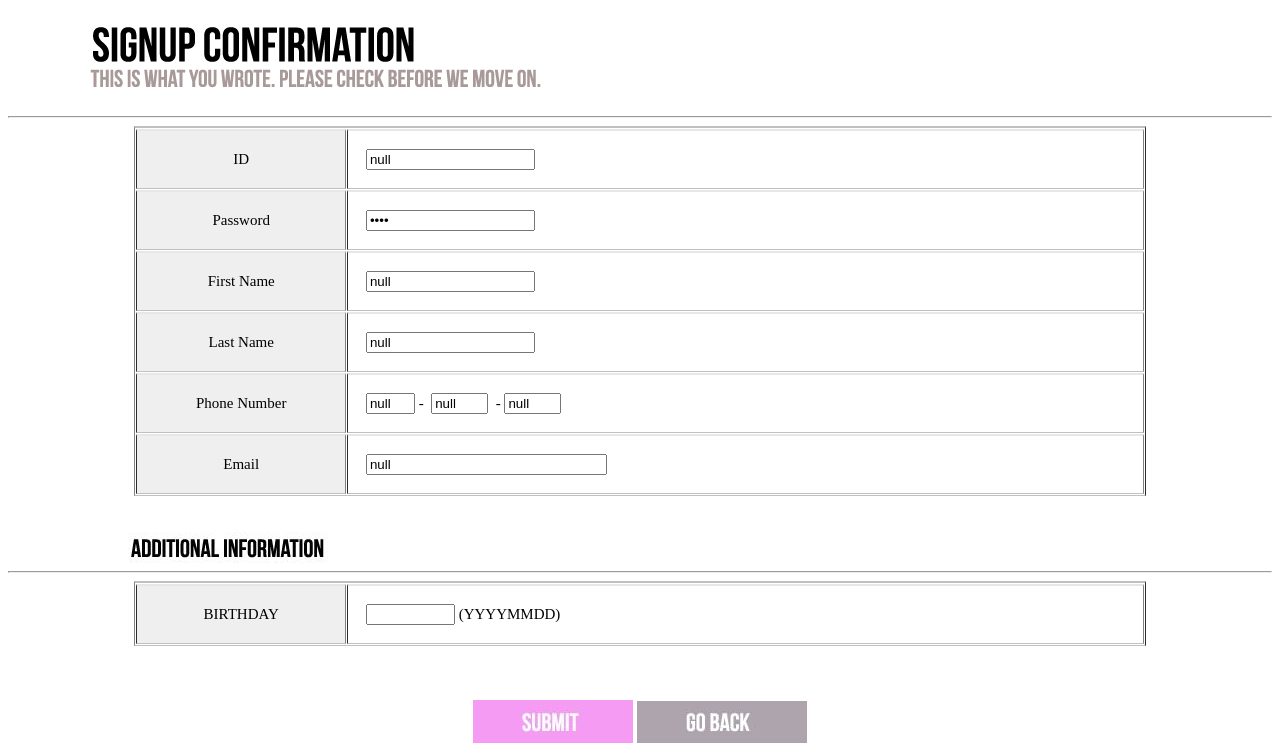
Repository: kminjoo/Making-website-using-JSP
Page: http://localhost/website_project/RegisterProc.jsp
These files come from the project's save history. The page is drawn as it stood at one moment and after the next save; the edit follows.
The browser window is 1280 px wide. The pictures show the whole page.
The page is served by Tomcat 9. Other server files are loaded and not shown.

Above is the page before, as saved 2015-07-21 14:38:44.

### website_project/WebContent/RegisterProc.jsp
<%@ page language="java" contentType="text/html; charset=EUC-KR"
    pageEncoding="EUC-KR"%>
<% request.setCharacterEncoding("UTF-8"); %>

<jsp:useBean id="regBean" class="signUp.RegisterBean"/>
<jsp:setProperty name="regBean" property="*"/>

<!DOCTYPE html PUBLIC "-//W3C//DTD HTML 4.01 Transitional//EN" "http://www.w3.org/TR/html4/loose.dtd">
<html>
<head>
<meta http-equiv="Content-Type" content="text/html; charset=EUC-KR">
<title>Welcome to Minjoo's Website!</title>
<link href="style.css" rel="stylesheet" type="text/css">
<script language="JavaScript" src="script.js"></script>
</head>
<body>
<div>&nbsp;&nbsp;&nbsp;&nbsp;&nbsp;&nbsp;&nbsp;&nbsp;&nbsp;&nbsp;

<img src="<%=request.getContextPath() %>/images/signupconfirm.gif">
</div>
<hr>
<table border="1" cellpadding="18" cellspacing="1" width="80%" align="center">
<form name="regForm" method="post" action="MemberInsert.jsp">
	<tr>
		<td width="13%" align="center" bgcolor="#EFEFEF">ID</td>
		<td width="60%"><input type="text" name="mem_id" size="18" value =
		"<jsp:getProperty name="regBean" property="mem_id"/>">&nbsp;&nbsp;&nbsp;</td>
	</tr>
	<tr>
		<td width="13%" align="center" bgcolor="#EFEFEF">Password</td>
		<td width="60%"><input type="password" name="mem_password" size="18"
		value ="<jsp:getProperty name="regBean" property="mem_password"/>">
	</tr>
	<tr>
		<td width="13%" align="center" bgcolor="#EFEFEF">First Name</td>
		<td width="60%"><input type="text" name="mem_firstname" size="18"
		value ="<jsp:getProperty name="regBean" property="mem_firstname"/>"></td>
	</tr>
	<tr>
		<td width="13%" align="center" bgcolor="#EFEFEF">Last Name</td>
		<td width="60%"><input type="text" name="mem_lastname" size="18"
		value ="<jsp:getProperty name="regBean" property="mem_lastname"/>"></td>
	</tr>
	<tr>
		<td width="13%" align="center" bgcolor="#EFEFEF">Phone Number</td>
		<td width="30%"><input type="text" name="mem_phone1" size="3" maxlength="3"
			onKeyUp="if(this.value.length==3)regForm.mem_phone2.focus()"
			value ="<jsp:getProperty name="regBean" property="mem_phone1"/>">&nbsp;-&nbsp;
		<input type="text" name="mem_phone2" size="4" maxlength="4"
		onKeyUp="if(this.value.length==3)regForm.mem_phone3.focus()"
		value ="<jsp:getProperty name="regBean" property="mem_phone2"/>">
		&nbsp;-&nbsp;<input type="text" name="mem_phone3" size="4" maxlength="4"
		value ="<jsp:getProperty name="regBean" property="mem_phone3"/>"></td>
	</tr>
	<tr>
    <td width="13%" align="center" bgcolor="#EFEFEF">Email</td>
    <td width="60%"><input type="text" name="mem_email" size="27"
    value ="<jsp:getProperty name="regBean" property="mem_email"/>">
  </tr>
</table>
<br><br>
<div>
&nbsp;&nbsp;&nbsp;&nbsp;&nbsp;&nbsp;&nbsp;&nbsp;&nbsp;&nbsp;&nbsp;
&nbsp;&nbsp;&nbsp;&nbsp;&nbsp;&nbsp;&nbsp;&nbsp;&nbsp;&nbsp;&nbsp;
&nbsp;&nbsp;&nbsp;&nbsp;&nbsp;
<img src="<%=request.getContextPath() %>/images/additional.JPG"/></div>
<hr>
<table border="1" cellpadding="18" cellspacing="1" width="80%" align="center">
<tr>
<%
String bday = regBean.getMem_birthday();
if(bday == null)
  bday = "";
%>
		<td width="13%" align="center" bgcolor="#EFEFEF">BIRTHDAY</td>
		<td width="60%"><input type="text" name="mem_birthday" size="8" maxlength="8"
		value =<%=bday %>>
		(YYYYMMDD)</td>
</tr>
</table>

<br>
<br>
&nbsp;&nbsp;&nbsp;&nbsp;&nbsp;&nbsp;&nbsp;&nbsp;&nbsp;&nbsp;&nbsp;
<div align="center">
	<a href="#" onclick="inputCheck2(); return false;">
	<img src="<%=request.getContextPath() %>/images/submit.JPG"/></a>
	<a href="#" onclick="history.back();">
	<img src="<%=request.getContextPath() %>/images/goback.JPG"/></a>

</div>
</form>

</body>
</html>

### website_project/src/signUp/RegisterBean.java
package signUp;

public class RegisterBean {
  private String mem_id;
  private String mem_password;
  private String mem_firstname;
  private String mem_lastname;
  private String mem_phone1;
  private String mem_phone2;
  private String mem_phone3;
  private String mem_email;
  private String mem_birthday;
  public String getMem_id() {
    return mem_id;
  }
  public void setMem_id(String mem_id) {
    this.mem_id = mem_id;
  }
  public String getMem_password() {
    return mem_password;
  }
  public void setMem_password(String mem_password) {
    this.mem_password = mem_password;
  }
  public String getMem_firstname() {
    return mem_firstname;
  }
  public void setMem_firstname(String mem_firstname) {
    this.mem_firstname = mem_firstname;
  }
  public String getMem_lastname() {
    return mem_lastname;
  }
  public void setMem_lastname(String mem_lastname) {
    this.mem_lastname = mem_lastname;
  }
  public String getMem_phone1() {
    return mem_phone1;
  }
  public void setMem_phone1(String mem_phone1) {
    this.mem_phone1 = mem_phone1;
  }
  public String getMem_phone2() {
    return mem_phone2;
  }
  public void setMem_phone2(String mem_phone2) {
    this.mem_phone2 = mem_phone2;
  }
  public String getMem_phone3() {
    return mem_phone3;
  }
  public void setMem_phone3(String mem_phone3) {
    this.mem_phone3 = mem_phone3;
  }
  public String getMem_email() {
    return mem_email;
  }
  public void setMem_email(String mem_email) {
    this.mem_email = mem_email;
  }
  public String getMem_birthday() {
    return mem_birthday;
  }
  public void setMem_birthday(String mem_birthday) {
    this.mem_birthday = mem_birthday;
  }

}

### website_project/WebContent/style.css
@CHARSET "EUC-KR";

hr {
    display: block;
    margin-top: 0.5em;
    margin-bottom: 0.5em;
    margin-left: auto;
    margin-right: auto;
    border-style: inset;
    border-width: 1px;
}

/*table {
    display: table;
    border-collapse: collpase;
    border-spacing: 0px;
    border-color: #EFEFEF;
}*/

img{vertical-align:middle;}

table{table-layout:fixed;border-top:2px solid #c0c0c0;border-bottom:1px solid #c0c0c0;}

td{border-top:2px solid #e7e7e7;color:black;line-height:140%;font-size:15px;}

### website_project/WebContent/script.js
/**
 *
 */


function loginCheck(){
	if(document.login.mem_id.value==""){
		alert("Enter your ID.");
		document.login.mem_id.focus();
		return;
	}
	if(document.login.mem_passwd.value==""){
		alert("Enter your password.");
		document.login.mem_passwd.focus();
		return;
	}
	document.login.submit();

}

function memberReg(){
	location.href ="Register.jsp";
}
function idCheck(id){
	if(id == ""){
	alert("Enter your ID.");
	document.regForm.mem_id.focus();
	}else{
		url="IdCheck.jsp?mem_id=" + id;
		window.open(url,"post","width=300,height=150");
	}
}

function inputCheck(){
	if(document.regForm.mem_id.value==""){
		alert("Enter your ID.");
		document.regForm.mem_id.focus();
		return;
	}
	if(document.regForm.mem_password.value==""){
		alert("Enter your Password.");
		document.regForm.mem_password.focus();
		return;
	}
	if(document.regForm.mem_repasswd.value==""){
		alert("Enter your Password.");
		document.regForm.mem_repasswd.focus();
		return;
	}

	if(document.regForm.mem_password.value != document.regForm.mem_repasswd.value){
		alert("Passwords do not match.");
		document.regForm.mem_passwd.focus();
		return;
	}

	if(document.regForm.mem_firstname.value==""){
		alert("Enter your first name.");
		document.regForm.mem_firstname.focus();
		return;
	}
	if(document.regForm.mem_lastname.value==""){
		alert("Enter your last name.");
		document.regForm.mem_lastname.focus();
		return;
	}
	if(document.regForm.mem_email.value==""){
		alert("Enter your email address.");
		document.regForm.mem_email.focus();
		return;
	}
	if(document.regForm.mem_phone1.value==""){
		alert("Enter your phone number.");
		document.regForm.mem_phone1.focus();
		return;
	}
	if(document.regForm.mem_phone2.value==""){
		alert("Enter your phone number.");
		document.regForm.mem_phone2.focus();
		return;
	}
	if(document.regForm.mem_phone3.value==""){
		alert("Enter your phone number.");
		document.regForm.mem_phone3.focus();
		return;
	}

	var str = document.regForm.mem_email.value;
	var atPos = str.indexOf('@');
	var atLastPos = str.lastIndexOf('@');
	var dotPos = str.indexOf('.');
	var spacePos = str.indexOf(' ');
	var commaPos = str.indexOf(',');
	var emailSize = str.length;

	if(atPos>1 && atPos == atLastPos && dotPos > 3 && spacePos == -1 &&
			commaPos == -1 && atPos + 1 < dotPos && dotPos + 1 < emailSize );
	else{
		alert("This e-mail address is incorrectly formatted. \n\r Please try again.");
		document.regForm.mem_email.focus();
		return;
	}

	document.regForm.submit();
}

function inputCheck2(){
	if(document.regForm.mem_id.value==""){
		alert("Enter your ID.");
		document.regForm.mem_id.focus();
		return;
	}
	if(document.regForm.mem_password.value==""){
		alert("Enter your Password.");
		document.regForm.mem_password.focus();
		return;
	}

	if(document.regForm.mem_firstname.value==""){
		alert("Enter your first name.");
		document.regForm.mem_firstname.focus();
		return;
	}
	if(document.regForm.mem_lastname.value==""){
		alert("Enter your last name.");
		document.regForm.mem_lastname.focus();
		return;
	}
	if(document.regForm.mem_email.value==""){
		alert("Enter your email address.");
		document.regForm.mem_email.focus();
		return;
	}
	if(document.regForm.mem_phone1.value==""){
		alert("Enter your phone number.");
		document.regForm.mem_phone1.focus();
		return;
	}
	if(document.regForm.mem_phone2.value==""){
		alert("Enter your phone number.");
		document.regForm.mem_phone2.focus();
		return;
	}
	if(document.regForm.mem_phone3.value==""){
		alert("Enter your phone number.");
		document.regForm.mem_phone3.focus();
		return;
	}

	var str = document.regForm.mem_email.value;
	var atPos = str.indexOf('@');
	var atLastPos = str.lastIndexOf('@');
	var dotPos = str.indexOf('.');
	var spacePos = str.indexOf(' ');
	var commaPos = str.indexOf(',');
	var emailSize = str.length;

	if(atPos>1 && atPos == atLastPos && dotPos > 3 && spacePos == -1 &&
			commaPos == -1 && atPos + 1 < dotPos && dotPos + 1 < emailSize );
	else{
		alert("This e-mail address is incorrectly formatted. \n\r Please try again.");
		document.regForm.mem_email.focus();
		return;
	}

	document.regForm.submit();
}

function win_close()
{
	self.close();
}

function searchInputCheck(sform){
	if(sform.search.value==""){
	alert("Enter what you want to search");
	sform.search.focus();
	return false;
}
	sform.submit();
}

After the next save:
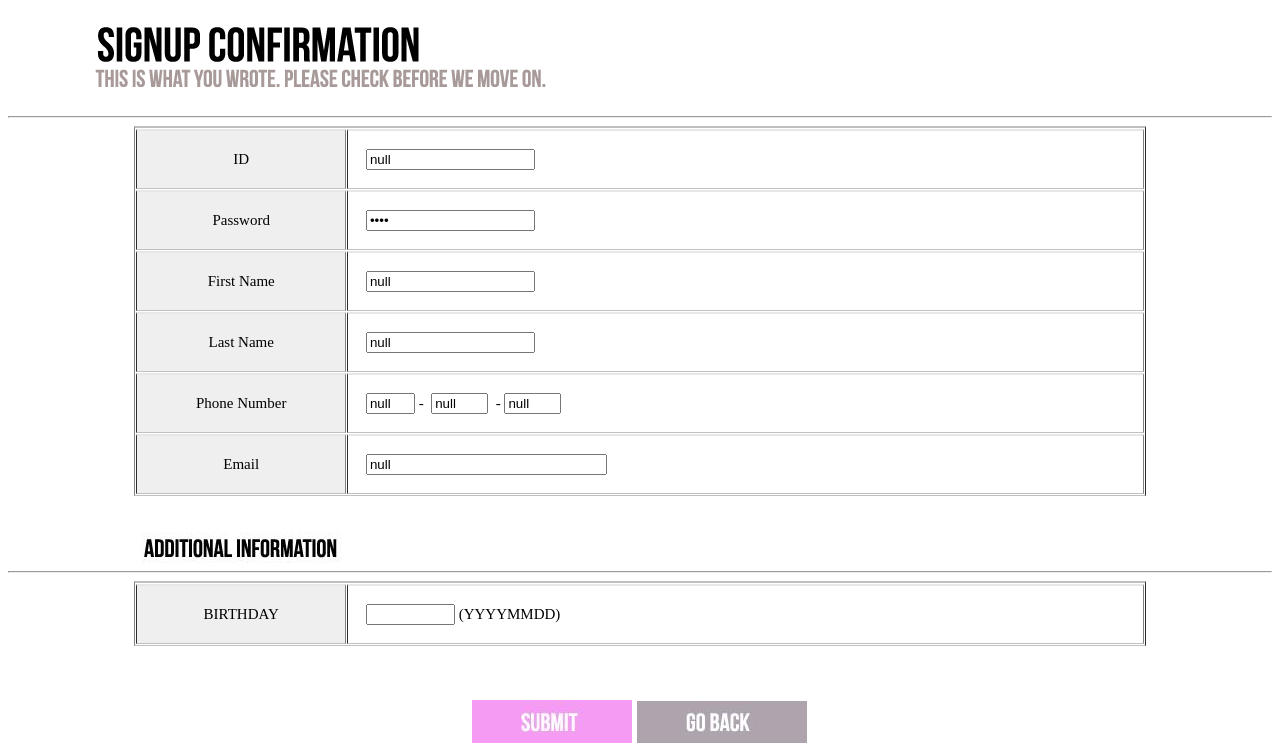
Saved 82 s later.
--- a/website_project/WebContent/style.css
+++ b/website_project/WebContent/style.css
@@ -9,7 +9,9 @@ hr {
     border-style: inset;
     border-width: 1px;
 }
-
+div{
+	font-family: arial;
+}
 /*table {
     display: table;
     border-collapse: collpase;
